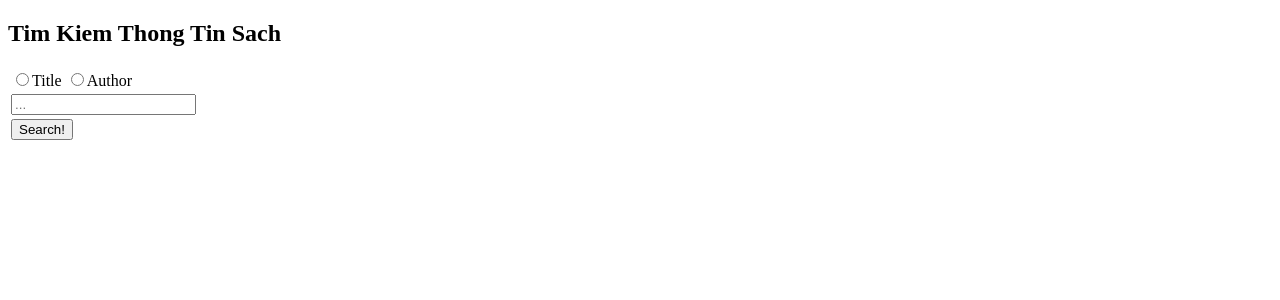
Repository: trangtruc/Java_NangCao
Page: http://localhost/EBookShop/myeshop.jsp
These files come from the project's save history. The page is drawn as it stood at one moment and after the next save; the edit follows.
The browser window is 1280 px wide. The pictures show the whole page.
The page is served by Tomcat 9. Other server files are loaded and not shown.

Above is the page before, as saved 2017-03-14 15:11:56.

### Buoi4/EBookShop/WebContent/myeshop.jsp
<%@ page language="java" contentType="text/html; charset=ISO-8859-1"
    pageEncoding="ISO-8859-1"%>
<!DOCTYPE html PUBLIC "-//W3C//DTD HTML 4.01 Transitional//EN" "http://www.w3.org/TR/html4/loose.dtd">
<html>
<head>
<meta http-equiv="Content-Type" content="text/html; charset=ISO-8859-1">
<title>Insert title here</title>
</head>
<body>
	<h2>Tim Kiem Thong Tin Sach</h2>
	<form method="POST" action="Controller">
	<table boder="2">
		<tr>
			<td>
				<input type="radio" name="ra" value="title"/>Title
				<input type="radio" name="ra" value="author"/>Author
			</td>
		</tr>
		<tr>
			<td>
				<input type="text" name="timkiem" placeholder="..."/>
			</td>
		</tr>
		<tr>
			<td>
				<input type="submit" value="Search!" />

			</td>
		</tr>

	</table>
	</form>
</body>
</html>

After the next save:
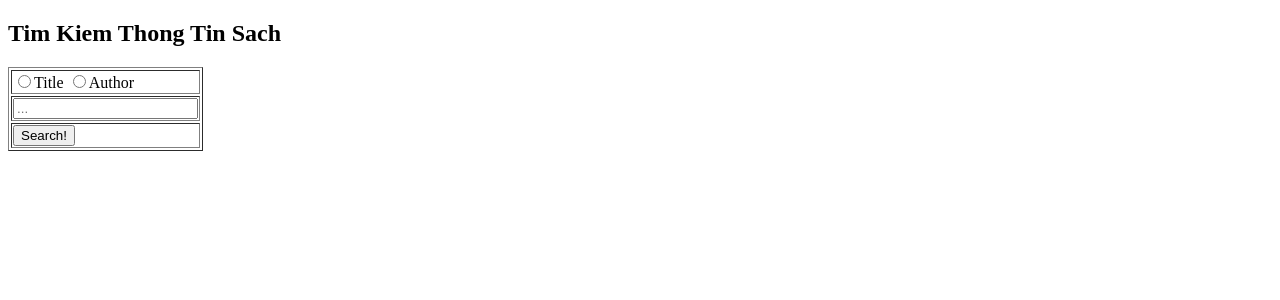
Saved 74 s later.
--- a/Buoi4/EBookShop/WebContent/myeshop.jsp
+++ b/Buoi4/EBookShop/WebContent/myeshop.jsp
@@ -9,7 +9,7 @@
 <body>
 	<h2>Tim Kiem Thong Tin Sach</h2>
 	<form method="POST" action="Controller">
-	<table boder="2">
+	<table border="1">
 		<tr>
 			<td>
 				<input type="radio" name="ra" value="title"/>Title
